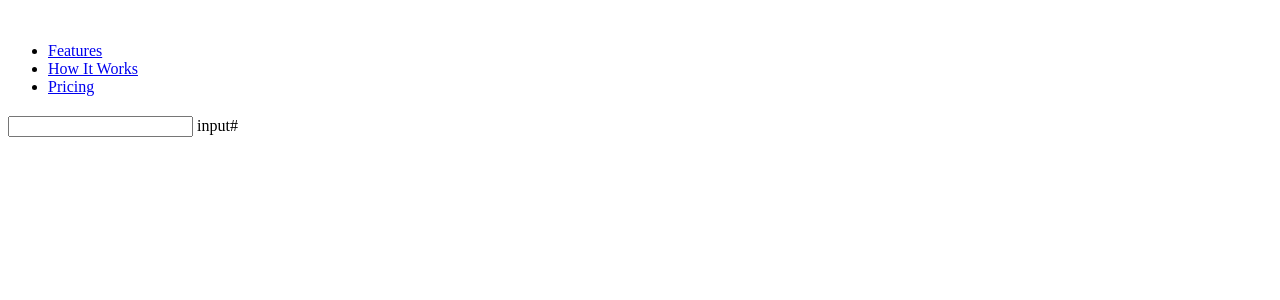
Repository: Lungdjos/product_landing_page_certification
Page: index.html
These files come from the project's save history. The page is drawn as it stood at one moment and after a run of saves; the edit follows.
The browser window is 1280 px wide. The pictures show the whole page.

Above is the page before, as saved 2023-12-16 00:14:47.

After the next 3 saves:
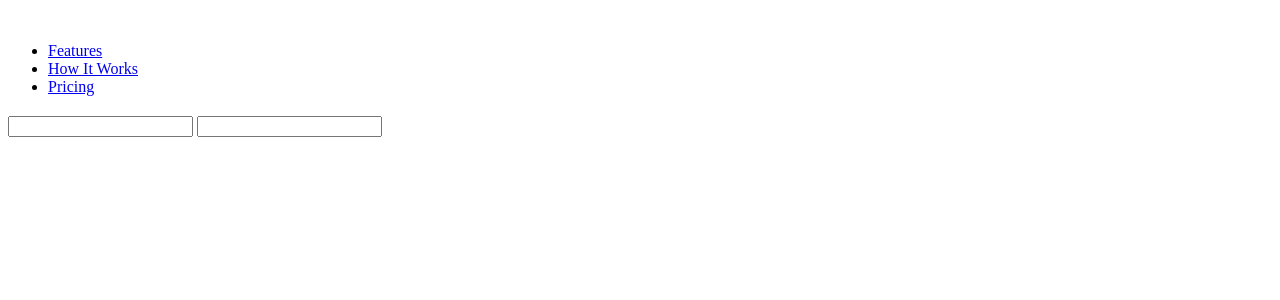
The 3 saves are shown as one change because they came seconds apart.
The last was saved 11 s later.
--- a/index.html
+++ b/index.html
@@ -29,7 +29,7 @@
         <section id="home">
             <h1 id="title"></h1>
             <form action="" id="form">
-                <input type="email" id="email"> input#
+                <input type="email" id="email"> <input type="sumit" id="submit">
             </form>
         </section>
         <section id="features"></section>
